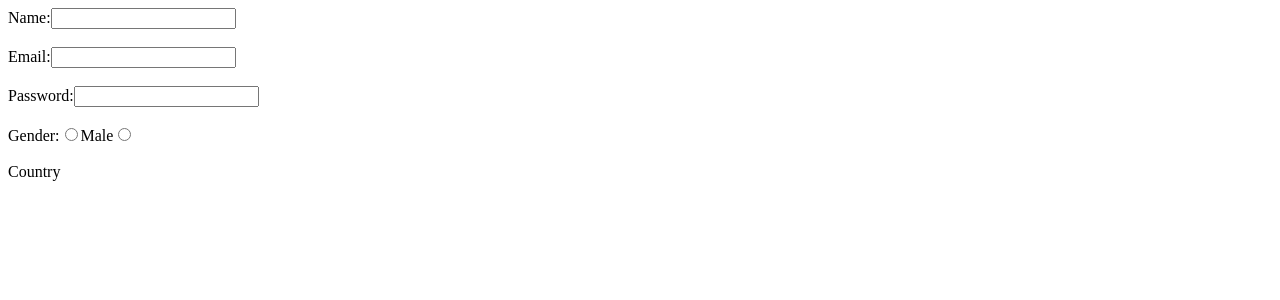
Repository: MohansaiAnuval/Projects-Servlet
Page: http://localhost/Servlet_JDBC/
The author's editor kept a copy of each file at every save. The page is drawn from the files as they stood at one save, then again after the next save.
The browser window is 1280 px wide. The pictures show the whole page.
The page is served by Tomcat 9.

Above is the page before, as saved 2024-05-29 10:09:58.

After the next save:
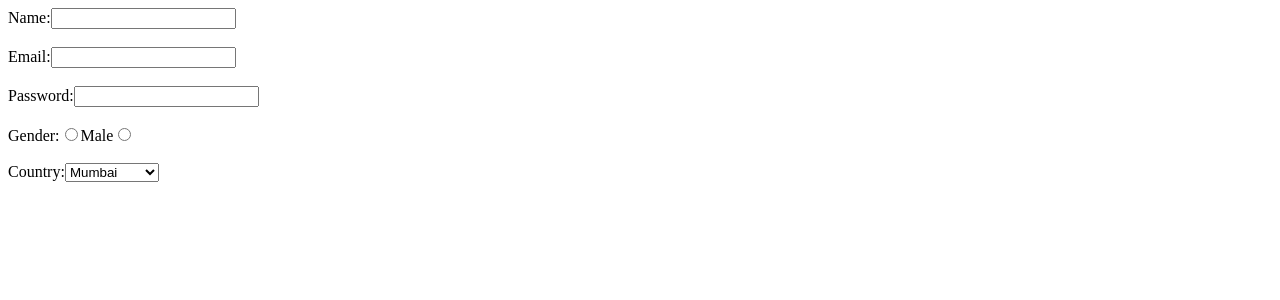
Saved 49 s later.
--- a/Servlet_JDBC/src/main/webapp/index.jsp
+++ b/Servlet_JDBC/src/main/webapp/index.jsp
@@ -12,7 +12,19 @@ Name:<input type="text" name="name1" ><br><br>
 Email:<input type="text" name="Email" ><br><br>
 Password:<input type="password" name="password" ><br><br>
 Gender:<input type="radio" name="gender" value="male">Male<input type="radio" name="gender" value="female"><br><br>
-Country
+Country:<select>
+  <option value="Mumbai">Mumbai</option>
+  <option value="Delhi">Delhi</option>
+  <option value="Bangalore">Bangalore</option>
+  <option value="Hyderabad">Hyderabad</option>
+  <option value="Chennai">Chennai</option>
+  <option value="Kolkata">Kolkata</option>
+  <option value="Ahmedabad">Ahmedabad</option>
+  <option value="Pune">Pune</option>
+  <option value="Jaipur">Jaipur</option>
+  <option value="Surat">Surat</option>
+</select>
+
 
 
 </form>
